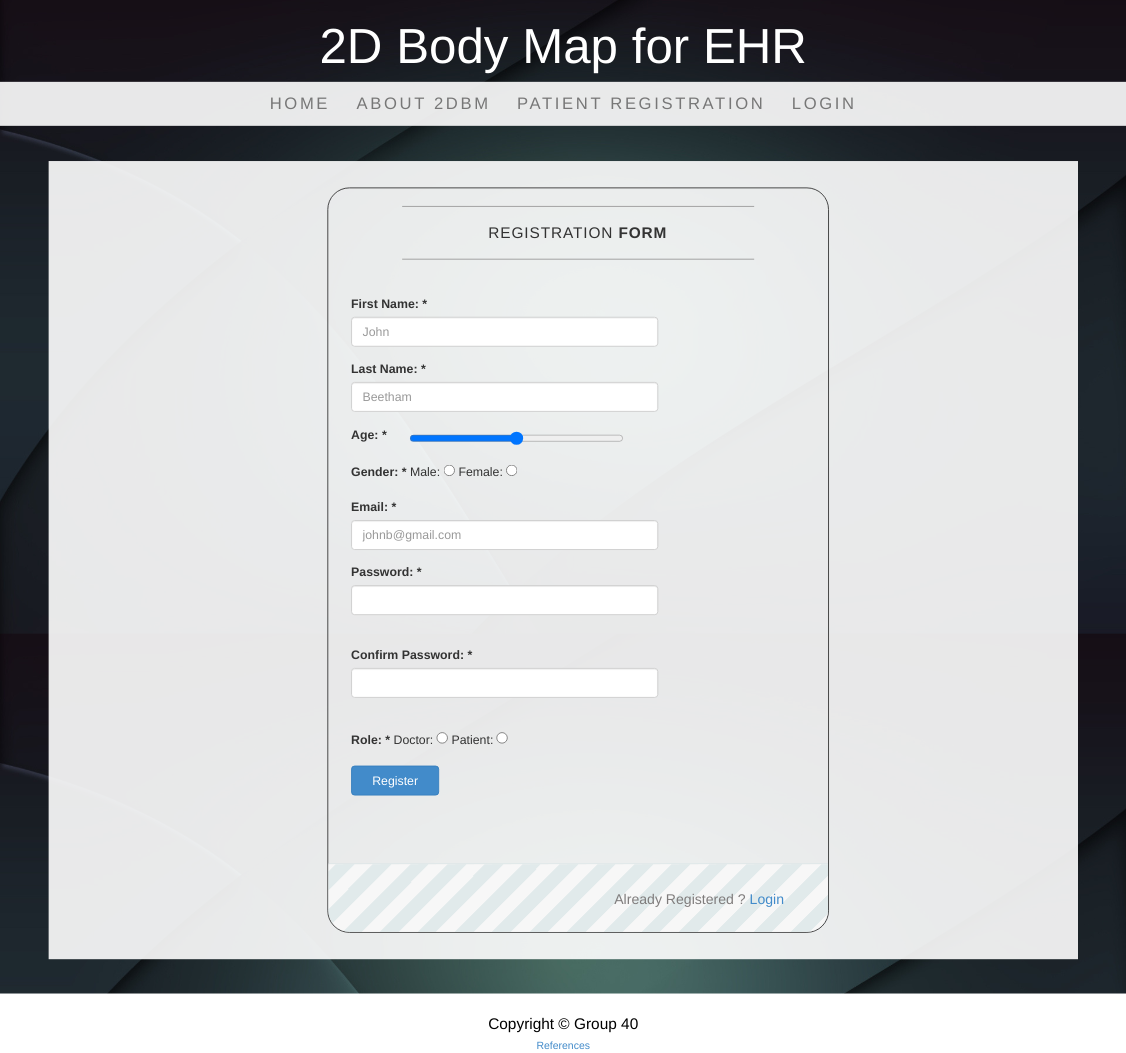
Repository: giftsondp/bodymap_new
Page: http://localhost/TwoDMapperforEHR1/Register.jsp
These files come from the project's save history. The page is drawn as it stood at one moment and after the next save; the edit follows.
The browser window is 1280 px wide. The pictures show the whole page, at 88% of full size.
Backgrounds fixed to the window are drawn as part of the page. Some web libraries are served in a nearby version. The page is served by Tomcat 9.

Above is the page before, as saved 2013-11-20 09:49:29.
Console error: TypeError: Cannot read properties of undefined (reading 'fn')

After the next save:
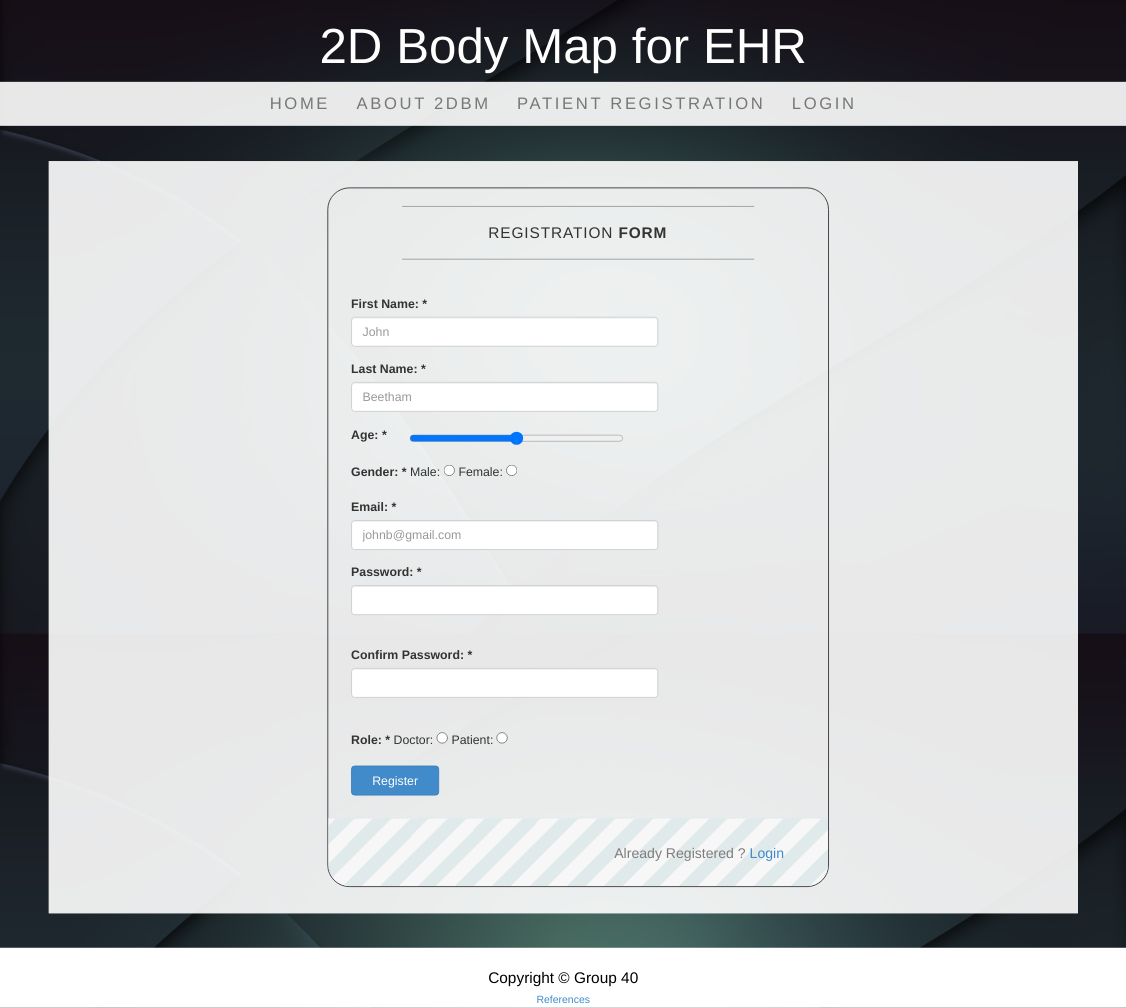
Saved 23 s later.
--- a/TwoDMapperforEHR1/WebContent/Register.jsp
+++ b/TwoDMapperforEHR1/WebContent/Register.jsp
@@ -246,7 +246,7 @@
                       <button type="submit" class="btn btn-primary" style="width:100px;">Register</button>
                     </div>
                 </div>
-                 <div class="alert alert-danger alert-dismissable" id="errorDiv" style="visibility: hidden">
+                 <div class="alert alert-danger alert-dismissable hide" id="errorDiv" style="visibility: hidden">
           <!--     <button type="button" class="close" data-dismiss="alert" id="error" aria-hidden="true">&times;</button> -->
 
             </div>
